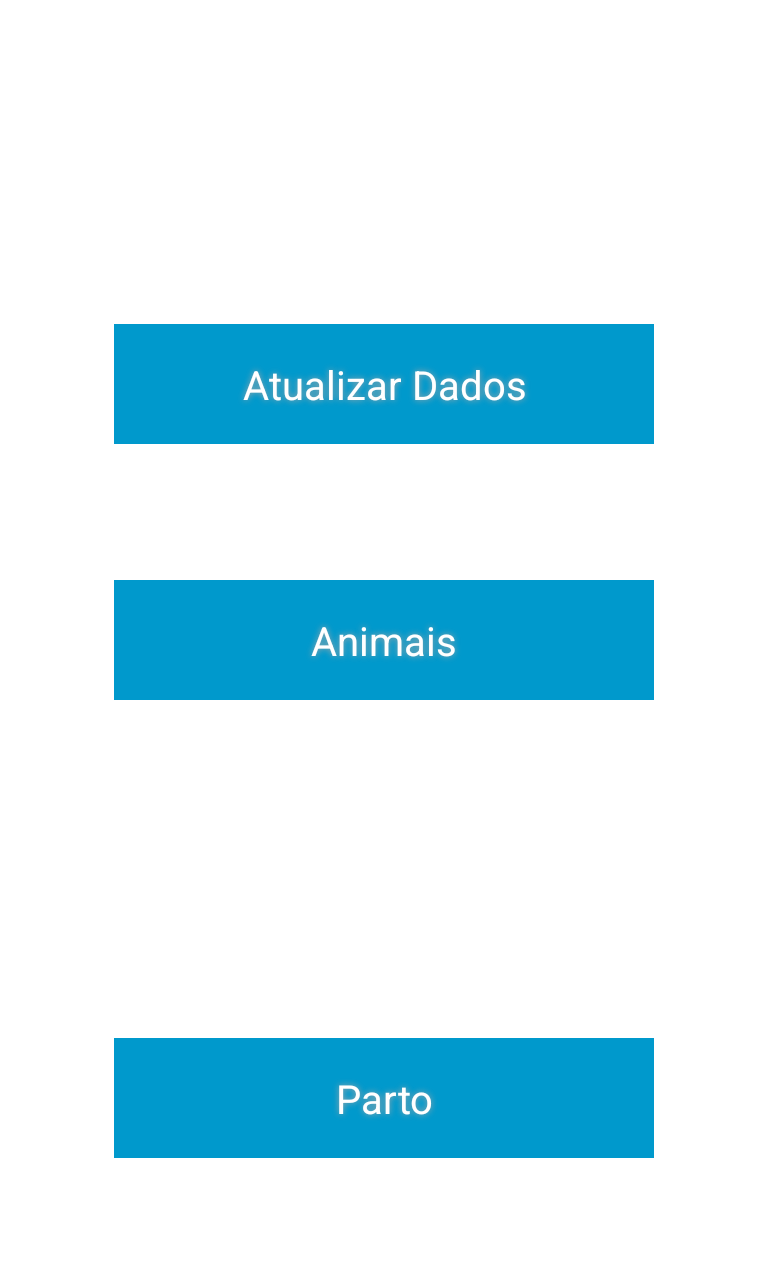
Repository: vpamaral/TaurusMobile
Layout: TaurusMobile/res/layout/activity_main.xml
The author's editor kept a copy of each file at every save. The layout is drawn from the files as they stood at one save, then again after the next save.
It is drawn on a 768 x 1280 px phone screen (xhdpi) without system bars, with theme AppTheme; the app's code is not run.

Above is the layout before, as saved 2015-05-14 16:52:51.

### TaurusMobile/res/layout/activity_main.xml
<RelativeLayout xmlns:android="http://schemas.android.com/apk/res/android"
    xmlns:tools="http://schemas.android.com/tools"
    android:layout_width="match_parent"
    android:layout_height="match_parent"
    android:paddingBottom="@dimen/activity_vertical_margin"
    android:paddingLeft="@dimen/activity_horizontal_margin"
    android:paddingRight="@dimen/activity_horizontal_margin"
    android:paddingTop="@dimen/activity_vertical_margin"
    tools:context="br.com.taurusmobile.ui.MainActivity" >

    <Button
        android:id="@+id/btn_animal"
        android:layout_width="270dp"
        android:layout_height="60dp"
        android:layout_alignLeft="@+id/btn_atualiza"
        android:layout_centerHorizontal="true"
        android:layout_centerVertical="true"
        android:background="@drawable/btn_selector"
        android:shadowColor="#A8A8A8"
        android:shadowDx="0"
        android:shadowDy="0"
        android:shadowRadius="5"
        android:text="Animais"
        android:textColor="#FFFFFF"
        android:textSize="20sp" />

    <Button
        android:id="@+id/btn_atualiza"
        android:layout_width="270dp"
        android:layout_height="60dp"
        android:layout_above="@+id/btn_animal"
        android:layout_centerHorizontal="true"
        android:layout_marginBottom="68dp"
        android:background="@drawable/btn_selector"
        android:shadowColor="#A8A8A8"
        android:shadowDx="0"
        android:shadowDy="0"
        android:shadowRadius="5"
        android:text="Atualizar Dados"
        android:textColor="#FFFFFF"
        android:textSize="20sp" />

    <Button
        android:id="@+id/btn_parto"
        android:layout_width="270dp"
        android:layout_height="60dp"
        android:layout_alignLeft="@+id/btn_animal"
        android:layout_alignParentBottom="true"
        android:layout_marginBottom="45dp"
        android:background="@drawable/btn_selector"
        android:shadowColor="#A8A8A8"
        android:shadowDx="0"
        android:shadowDy="0"
        android:shadowRadius="5"
        android:text="Parto"
        android:textColor="#FFFFFF"
        android:textSize="20sp" />

</RelativeLayout>

### TaurusMobile/res/drawable/btn_selector.xml
<?xml version="1.0" encoding="utf-8"?>
<selector xmlns:android="http://schemas.android.com/apk/res/android" android:shape="rectangle">
    <item android:drawable="@android:color/holo_blue_light" android:state_pressed="true"/>
     <item android:drawable="@android:color/holo_blue_dark"/>
</selector>

Loaded but not shown: TaurusMobile/res/values/styles.xml (common file); TaurusMobile/res/values-v11/styles.xml (common file); TaurusMobile/res/values-v14/styles.xml (common file); TaurusMobile/res/values/dimens.xml (common file); TaurusMobile/res/values-w820dp/dimens.xml (common file)

After the next save:
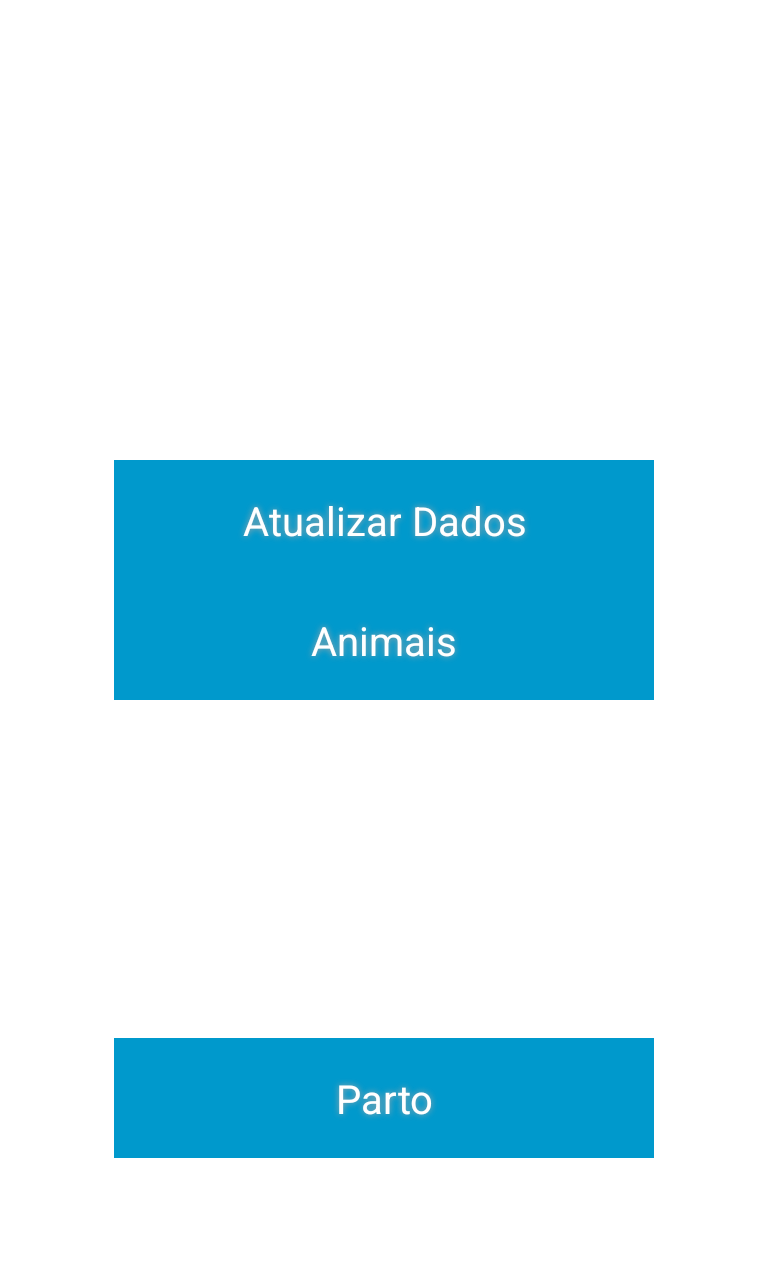
Saved 19 s later.
--- a/TaurusMobile/res/layout/activity_main.xml
+++ b/TaurusMobile/res/layout/activity_main.xml
@@ -30,7 +30,6 @@
         android:layout_height="60dp"
         android:layout_above="@+id/btn_animal"
         android:layout_centerHorizontal="true"
-        android:layout_marginBottom="68dp"
         android:background="@drawable/btn_selector"
         android:shadowColor="#A8A8A8"
         android:shadowDx="0"
